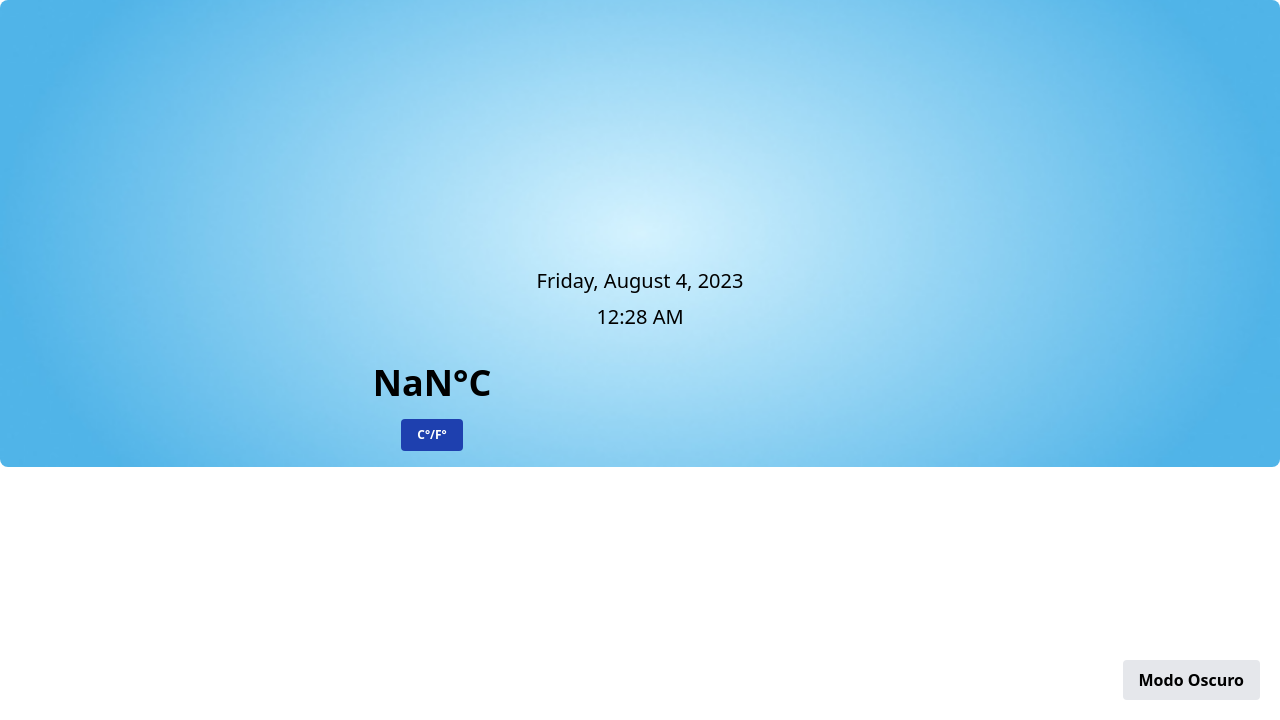
Repository: LukasMoyano/WeatherApp-_-LukasMoyano-_-V-_4.0_6.6.6
Page: /
These files come from the project's save history. The page is drawn as it stood at one moment and after the next save; the edit follows.
The browser window is 1280 px wide. The pictures show the whole page.
The page's requests for data from a server got no answer. The project was rebuilt for these pictures with package versions that can differ from the ones it lists, and the page was loaded fresh each time. No one was signed in, and anything a server would have sent is missing. Also part of the build but not shown: vite.config.js.

Above is the page before, as saved 2023-08-06 18:35:00.

### index.html
<!DOCTYPE html>
<html lang="en">
  <head>
    <meta charset="UTF-8" />
    <link rel="icon" type="image/png" href="thor-hammer.png">
    <meta name="viewport" content="width=device-width, initial-scale=1.0" />
    <title>WeatherApp - LukasMoyano-_-V-_2.1.1</title>
  </head>
  <body>
    <div id="root"></div>
    <script type="module" src="/src/main.jsx"></script>
  </body>
</html>

### src/main.jsx
import React from 'react'
import ReactDOM from 'react-dom/client'
import App from "/src/App.jsx";

ReactDOM.createRoot(document.getElementById('root')).render(
  <React.StrictMode>
    <App />
  </React.StrictMode>,
)

### src/App.jsx
import { useEffect, useState } from "react";
import axios from "axios";
import Weather from "./components/Weather";
import "./App.css";

function App() {
  const [weatherInfo, setWeatherInfo] = useState(null);
  const [isDarkMode, setIsDarkMode] = useState(false);

  useEffect(() => {
    navigator.geolocation.getCurrentPosition(success);
  }, []);

  const success = (pos) => {
    console.log(pos);

    const lat = pos.coords.latitude;
    const lon = pos.coords.longitude;
    console.log({ lat, lon });

    const API_KEY = "f61630c5193995d939b6b8024057b009";

    const url = `https://api.openweathermap.org/data/2.5/weather?lat=${lat}&lon=${lon}&appid=${API_KEY}`;

    console.log(url);

    axios
      .get(url)
      .then(({ data }) => setWeatherInfo(data))
      .catch((err) => console.log(err));
  };

  const toggleDarkMode = () => {
    setIsDarkMode(!isDarkMode);
  };

  return (
    <div className={`min-h-screen ${isDarkMode ? "dark" : ""}`}>
      <main className={`min-h-screen font-lato relative ${isDarkMode ? "bg-black bg-opacity-50 text-white" : "bg-white bg-opacity-70 text-black"}`}>
        <Weather weatherInfo={weatherInfo} isDarkMode={isDarkMode} />
        <button
          onClick={toggleDarkMode}
          className={`absolute bottom-5 right-5 px-4 py-2 font-bold rounded ${
            isDarkMode ? "bg-gray-800 text-white" : "bg-gray-200 text-black"
          }`}
        >
          {isDarkMode ? "Modo Claro" : "Modo Oscuro"}
        </button>
      </main>
    </div>
  );
}

export default App;

### src/components/Weather.jsx
import { useState } from "react";

const Weather = ({ weatherInfo, isDarkMode }) => {
  const [isCelsius, setIsCelsius] = useState(true);

  const toggleTemperatureUnit = () => {
    setIsCelsius(!isCelsius);
  };

  const convertTemperature = (temperature) => {
    if (isCelsius) {
      return Math.round(temperature - 273.15) + "°C";
    } else {
      return Math.round(((temperature - 273.15) * 9) / 5 + 32) + "°F";
    }
  };

  const getCurrentDateTime = () => {
    const currentDate = new Date();
    const options = {
      weekday: "long",
      day: "numeric",
      month: "long",
      year: "numeric",
    };
    const date = currentDate.toLocaleDateString(undefined, options);
    const time = currentDate.toLocaleTimeString(undefined, {
      hour: "numeric",
      minute: "numeric",
    });
    return { date, time };
  };

  const { date, time } = getCurrentDateTime();

  return (
    <div
      className={`my-auto mx-auto items-center justify-center p-4 rounded-lg text-center ${
        isDarkMode
          ? "bg-black bg-opacity-50 text-white"
          : "bg-white bg-opacity-70 text-black"
      }`}
      style={{
        backgroundImage: `url(${
          isDarkMode
            ? "public/background/image002_Dark version.jpg"
            : "public/background/image001_LightVersion.jpg"
        })`,
        backgroundSize: "cover",
        backgroundPosition: "center",
      }}
    >
      <div className="w-337 h-231 flex-shrink-0">
        <svg
          xmlns="http://www.w3.org/2000/svg"
          width="345"
          height="235"
          viewBox="0 0 345 235"
          fill="none"
        >
          {/* SVG path and definitions */}
        </svg>
      </div>
      <h2 className="text-2xl font-bold mb-4">{weatherInfo?.name}</h2>
      <p className="text-2xl mb-2">{weatherInfo?.sys?.country}</p>
      <p className="text-xl mb-2">{date}</p>
      <p className="text-xl">{time}</p>

      <div className="flex flex-col md:flex-row md:items-start mt-4">
        <div className="md:w-2/3 md:mr-4">
          <article className="mb-4 md:mb-0">
            <div className="relative">
              {weatherInfo?.weather[0].icon ? (
                <img
                  src={`https://openweathermap.org/img/wn/${weatherInfo?.weather[0].icon}@4x.png`}
                  alt="Weather Icon"
                  className="mx-auto h-24"
                />
              ) : null}
              <div className="absolute inset-0 bg-white opacity-50 rounded-lg"></div>
            </div>
            <h3 className="text-base mt-4 mb-2">
              {weatherInfo?.weather[0].description}
            </h3>
            <span className="text-4xl font-bold">
              {convertTemperature(weatherInfo?.main.temp)}
            </span>
          </article>
          <button
            onClick={toggleTemperatureUnit}
            className={`bg-blue-800 hover:bg-blue-700 text-white font-bold py-2 px-4 rounded mt-4 mx-auto block text-xs ${
              isDarkMode ? "bg-opacity-70" : "bg-opacity-100"
            }`}
          >
            C°/F°
          </button>
          <section className="grid grid-cols-3 g">
            {/* Rest of the code */}
          </section>
        </div>
      </div>
    </div>
  );
};

export default Weather;

### src/App.css
@import 'tailwindcss/base';
@import 'tailwindcss/components';
@import 'tailwindcss/utilities';

### tailwind.config.js
/** @type {import('tailwindcss').Config} */
export default {
  content: [
    "./index.html",
    "./src/**/*.{js,ts,jsx,tsx}",
  ],
  theme: {
    extend: {},
    fontFamily: {
      Lato: ["Lato", "Sans-Serif"]
    }
  },
  plugins: [],

}

After the next save:
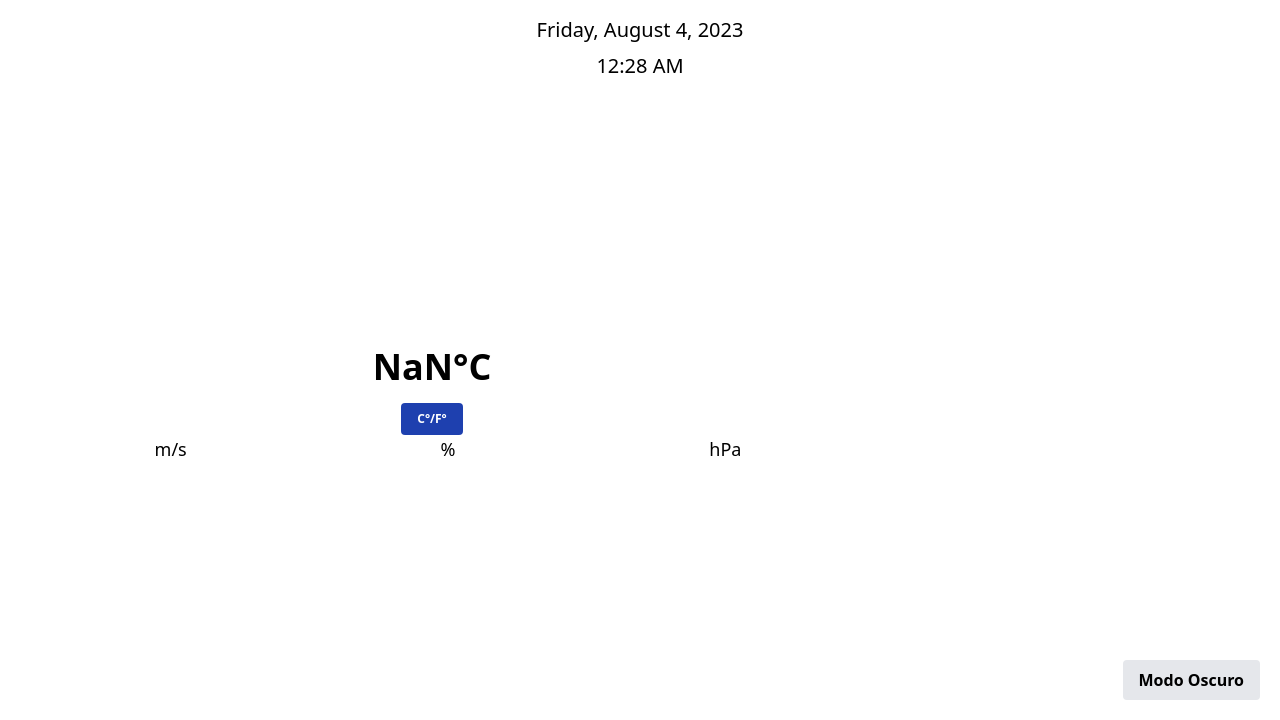
Saved 96 s later.
--- a/src/components/Weather.jsx
+++ b/src/components/Weather.jsx
@@ -34,51 +34,30 @@
   const { date, time } = getCurrentDateTime();
 
   return (
-    <div
-      className={`my-auto mx-auto items-center justify-center p-4 rounded-lg text-center ${
-        isDarkMode
-          ? "bg-black bg-opacity-50 text-white"
-          : "bg-white bg-opacity-70 text-black"
-      }`}
-      style={{
-        backgroundImage: `url(${
-          isDarkMode
-            ? "public/background/image002_Dark version.jpg"
-            : "public/background/image001_LightVersion.jpg"
-        })`,
-        backgroundSize: "cover",
-        backgroundPosition: "center",
-      }}
-    >
+    <div className={`my-auto mx-auto items-center justify-center p-4 rounded-lg text-center ${isDarkMode ? "bg-black bg-opacity-50 text-white" : "bg-white bg-opacity-70 text-black"}`}>
       <div className="w-337 h-231 flex-shrink-0">
-        <svg
-          xmlns="http://www.w3.org/2000/svg"
-          width="345"
-          height="235"
-          viewBox="0 0 345 235"
-          fill="none"
-        >
+        <p className="text-xl mb-2">{date}</p>
+        <p className="text-xl">{time}</p>
+        <div className="relative">
+          {weatherInfo?.weather[0].icon ? (
+            <img
+              src={`https://openweathermap.org/img/wn/${weatherInfo?.weather[0].icon}@4x.png`}
+              alt="Weather Icon"
+              className="mx-auto h-24"
+            />
+          ) : null}
+        </div>
+        <svg xmlns="http://www.w3.org/2000/svg" width="345" height="235" viewBox="0 0 345 235" fill="none">
           {/* SVG path and definitions */}
         </svg>
       </div>
-      <h2 className="text-2xl font-bold mb-4">{weatherInfo?.name}</h2>
-      <p className="text-2xl mb-2">{weatherInfo?.sys?.country}</p>
-      <p className="text-xl mb-2">{date}</p>
-      <p className="text-xl">{time}</p>
-
+      <div className="a">
+        <h2 className="text-2xl font-bold mb-4">{weatherInfo?.name}</h2>
+        <p className="text-2xl mb-2">{weatherInfo?.sys?.country}</p>
+      </div>
       <div className="flex flex-col md:flex-row md:items-start mt-4">
         <div className="md:w-2/3 md:mr-4">
           <article className="mb-4 md:mb-0">
-            <div className="relative">
-              {weatherInfo?.weather[0].icon ? (
-                <img
-                  src={`https://openweathermap.org/img/wn/${weatherInfo?.weather[0].icon}@4x.png`}
-                  alt="Weather Icon"
-                  className="mx-auto h-24"
-                />
-              ) : null}
-              <div className="absolute inset-0 bg-white opacity-50 rounded-lg"></div>
-            </div>
             <h3 className="text-base mt-4 mb-2">
               {weatherInfo?.weather[0].description}
             </h3>
@@ -88,14 +67,41 @@
           </article>
           <button
             onClick={toggleTemperatureUnit}
-            className={`bg-blue-800 hover:bg-blue-700 text-white font-bold py-2 px-4 rounded mt-4 mx-auto block text-xs ${
-              isDarkMode ? "bg-opacity-70" : "bg-opacity-100"
-            }`}
+            className={`bg-blue-800 hover:bg-blue-700 text-white font-bold py-2 px-4 rounded mt-4 mx-auto block text-xs ${isDarkMode ? "bg-opacity-70" : "bg-opacity-100"}`}
           >
             C°/F°
           </button>
           <section className="grid grid-cols-3 g">
-            {/* Rest of the code */}
+            <article className="flex items-center justify-center flex-col">
+              <div className="flex items-center">
+                <img
+                  src="./images/wind.png"
+                  alt="Wind Icon"
+                  className="w-6 h-6 mr-2"
+                />
+                <span className="text-lg">{weatherInfo?.wind.speed}m/s</span>
+              </div>
+            </article>
+            <article className="flex items-center justify-center flex-col">
+              <div className="flex items-center">
+                <img
+                  src="./images/humidity.png"
+                  alt="Humidity Icon"
+                  className="w-6 h-6 mr-2"
+                />
+                <span className="text-lg">{weatherInfo?.main.humidity}%</span>
+              </div>
+            </article>
+            <article className="flex items-center justify-center flex-col">
+              <div className="flex items-center">
+                <img
+                  src="./images/pressure.png"
+                  alt="Pressure Icon"
+                  className="w-6 h-6 mr-2"
+                />
+                <span className="text-lg">{weatherInfo?.main.pressure}hPa</span>
+              </div>
+            </article>
           </section>
         </div>
       </div>

After the save that followed:
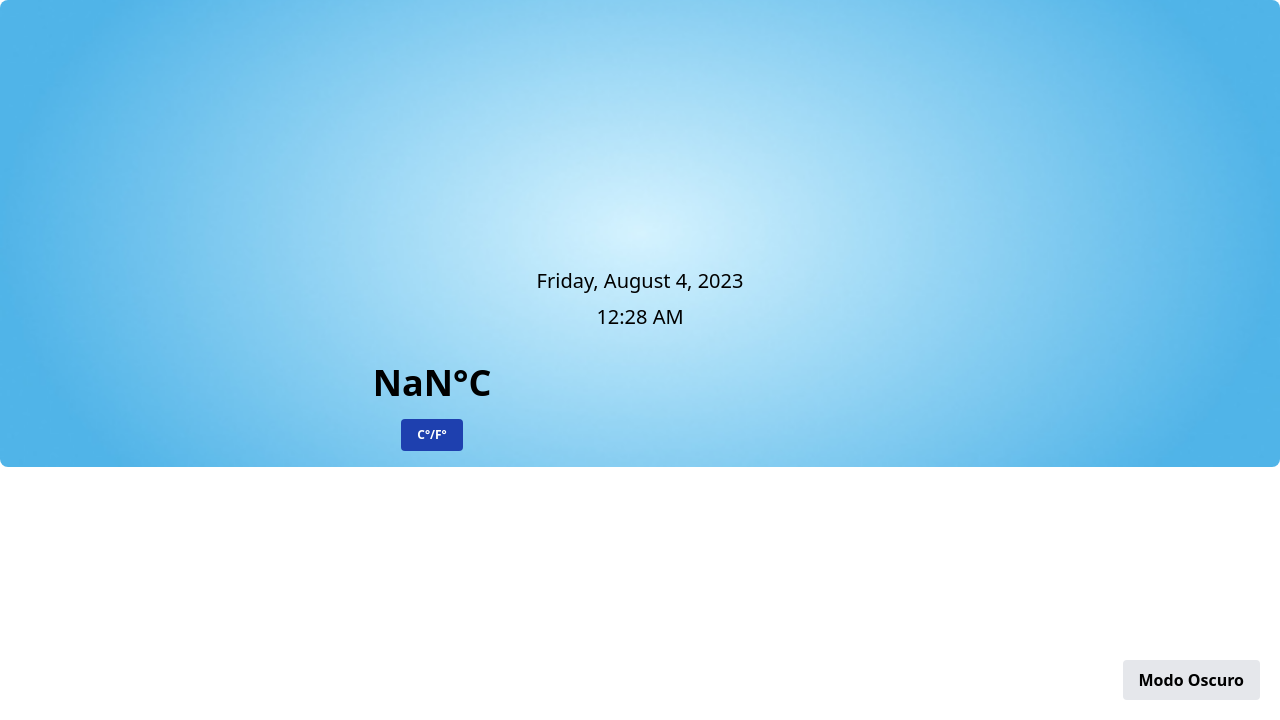
Saved 41 s later.
--- a/src/components/Weather.jsx
+++ b/src/components/Weather.jsx
@@ -34,30 +34,51 @@
   const { date, time } = getCurrentDateTime();
 
   return (
-    <div className={`my-auto mx-auto items-center justify-center p-4 rounded-lg text-center ${isDarkMode ? "bg-black bg-opacity-50 text-white" : "bg-white bg-opacity-70 text-black"}`}>
+    <div
+      className={`my-auto mx-auto items-center justify-center p-4 rounded-lg text-center ${
+        isDarkMode
+          ? "bg-black bg-opacity-50 text-white"
+          : "bg-white bg-opacity-70 text-black"
+      }`}
+      style={{
+        backgroundImage: `url(${
+          isDarkMode
+            ? "public/background/image002_Dark version.jpg"
+            : "public/background/image001_LightVersion.jpg"
+        })`,
+        backgroundSize: "cover",
+        backgroundPosition: "center",
+      }}
+    >
       <div className="w-337 h-231 flex-shrink-0">
-        <p className="text-xl mb-2">{date}</p>
-        <p className="text-xl">{time}</p>
-        <div className="relative">
-          {weatherInfo?.weather[0].icon ? (
-            <img
-              src={`https://openweathermap.org/img/wn/${weatherInfo?.weather[0].icon}@4x.png`}
-              alt="Weather Icon"
-              className="mx-auto h-24"
-            />
-          ) : null}
-        </div>
-        <svg xmlns="http://www.w3.org/2000/svg" width="345" height="235" viewBox="0 0 345 235" fill="none">
+        <svg
+          xmlns="http://www.w3.org/2000/svg"
+          width="345"
+          height="235"
+          viewBox="0 0 345 235"
+          fill="none"
+        >
           {/* SVG path and definitions */}
         </svg>
       </div>
-      <div className="a">
-        <h2 className="text-2xl font-bold mb-4">{weatherInfo?.name}</h2>
-        <p className="text-2xl mb-2">{weatherInfo?.sys?.country}</p>
-      </div>
+      <h2 className="text-2xl font-bold mb-4">{weatherInfo?.name}</h2>
+      <p className="text-2xl mb-2">{weatherInfo?.sys?.country}</p>
+      <p className="text-xl mb-2">{date}</p>
+      <p className="text-xl">{time}</p>
+
       <div className="flex flex-col md:flex-row md:items-start mt-4">
         <div className="md:w-2/3 md:mr-4">
           <article className="mb-4 md:mb-0">
+            <div className="relative">
+              {weatherInfo?.weather[0].icon ? (
+                <img
+                  src={`https://openweathermap.org/img/wn/${weatherInfo?.weather[0].icon}@4x.png`}
+                  alt="Weather Icon"
+                  className="mx-auto h-24"
+                />
+              ) : null}
+              <div className="absolute inset-0 bg-white opacity-50 rounded-lg"></div>
+            </div>
             <h3 className="text-base mt-4 mb-2">
               {weatherInfo?.weather[0].description}
             </h3>
@@ -67,41 +88,14 @@
           </article>
           <button
             onClick={toggleTemperatureUnit}
-            className={`bg-blue-800 hover:bg-blue-700 text-white font-bold py-2 px-4 rounded mt-4 mx-auto block text-xs ${isDarkMode ? "bg-opacity-70" : "bg-opacity-100"}`}
+            className={`bg-blue-800 hover:bg-blue-700 text-white font-bold py-2 px-4 rounded mt-4 mx-auto block text-xs ${
+              isDarkMode ? "bg-opacity-70" : "bg-opacity-100"
+            }`}
           >
             C°/F°
           </button>
           <section className="grid grid-cols-3 g">
-            <article className="flex items-center justify-center flex-col">
-              <div className="flex items-center">
-                <img
-                  src="./images/wind.png"
-                  alt="Wind Icon"
-                  className="w-6 h-6 mr-2"
-                />
-                <span className="text-lg">{weatherInfo?.wind.speed}m/s</span>
-              </div>
-            </article>
-            <article className="flex items-center justify-center flex-col">
-              <div className="flex items-center">
-                <img
-                  src="./images/humidity.png"
-                  alt="Humidity Icon"
-                  className="w-6 h-6 mr-2"
-                />
-                <span className="text-lg">{weatherInfo?.main.humidity}%</span>
-              </div>
-            </article>
-            <article className="flex items-center justify-center flex-col">
-              <div className="flex items-center">
-                <img
-                  src="./images/pressure.png"
-                  alt="Pressure Icon"
-                  className="w-6 h-6 mr-2"
-                />
-                <span className="text-lg">{weatherInfo?.main.pressure}hPa</span>
-              </div>
-            </article>
+            {/* Rest of the code */}
           </section>
         </div>
       </div>
